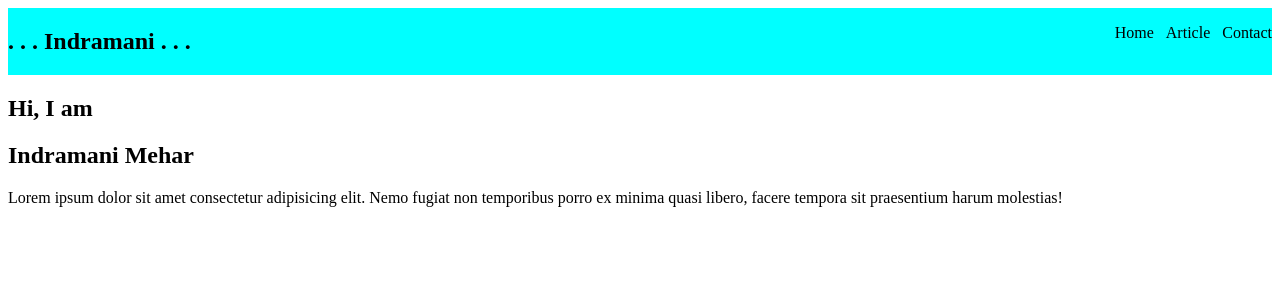
Repository: indramani7271/Indramani-First
Page: /
An editor plug-in stored every save of this project. The page is shown before and after the next save, followed by the edit.
The browser window is 1280 px wide. The pictures show the whole page.
The project was rebuilt for these pictures with package versions that can differ from the ones it lists, and the page was loaded fresh each time. Also part of the build but not shown: vite.config.js, src/index.css.

Above is the page before, as saved 2024-12-02 17:27:35.

After the next save:
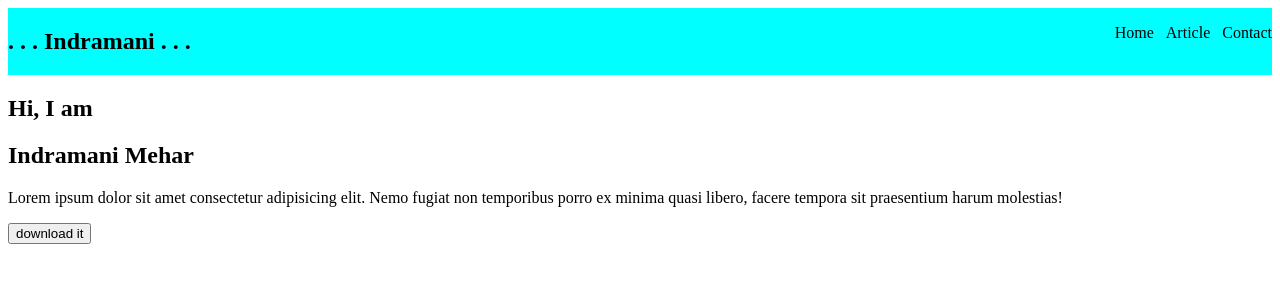
Saved 105 s later.
--- a/src/Component/Main.jsx
+++ b/src/Component/Main.jsx
@@ -5,6 +5,11 @@ function Main ()  {
         <h2 > Hi, I am     </h2>
         <h2> Indramani Mehar</h2>
         <p>Lorem ipsum dolor sit amet consectetur adipisicing elit. Nemo fugiat non temporibus porro ex minima quasi libero, facere tempora sit praesentium harum molestias!</p>
+   <div>
+    <button>download it</button>
+   </div>
+
+
     </div>
   )
 }
